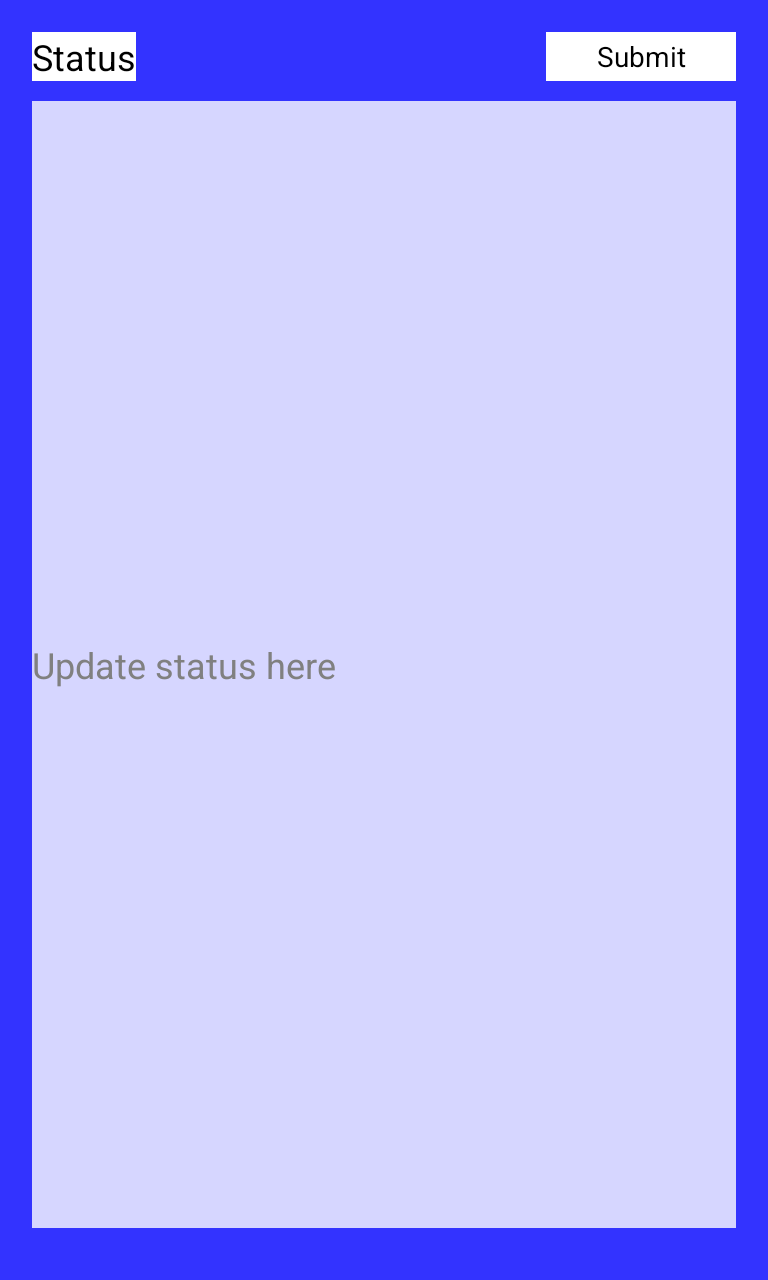
Repository: vamsiampolu/androidworkspace
Layout: YambaProject/res/layout/activity_main.xml
An editor plug-in stored every save of this project. The layout is shown before and after the next save, followed by the edit.
It is drawn on a 768 x 1280 px phone screen (xhdpi) without system bars, with theme android:Theme.Light; the app's code is not run.

Above is the layout before, as saved 2013-05-09 09:28:54.

### YambaProject/res/layout/activity_main.xml
<RelativeLayout xmlns:android="http://schemas.android.com/apk/res/android"
    xmlns:tools="http://schemas.android.com/tools"
    android:layout_width="match_parent"
    android:layout_height="match_parent"
    android:background="@color/myBlue"
    android:paddingBottom="@dimen/activity_vertical_margin"
    android:paddingLeft="@dimen/activity_horizontal_margin"
    android:paddingRight="@dimen/activity_horizontal_margin"
    android:paddingTop="@dimen/activity_vertical_margin"
    android:orientation="vertical"
    tools:context=".MainActivity"
     >
<!-- When something is specified in values the only important
thing is the type of resource it is,not it's path
so values->colors->color->myBlue is simply "@color/myBlue"

Colors are specified as #RGB (F represents 255)#FRGB includes alpha channel
#c00F is to specify a value of translucence ,then there is #FFFRGB(??)

If a style is applied to a widget it is called a style,if it is applied to
an Activity it is called a theme

It is recommended that you put all non unique attributes of a widget in a style,
for ease of reuse

One can use extract style in Graphical Layout and apply to something else

Eclipse has a feature to extract style from an existing element and put it in styles.xml
Styles have no namespace

if adb loses your device try adb kill server and adb launch server
-->
    <TextView
        	android:id="@+id/txt_status"
        	style="@style/txt_style"
        	android:text="Status"
        	android:layout_alignParentLeft="true"
        	android:layout_alignParentTop="true"
        />

    <Button android:id="@+id/btn_status"
            android:layout_width="95dp"
            android:layout_height="wrap_content"
            android:layout_alignParentRight="true"
            android:layout_alignParentTop="true"
            android:text="Submit"

            android:layout_alignBottom="@id/txt_status"
            android:background="#FFF"
            />
    <EditText android:layout_width="fill_parent"
        	  android:id="@+id/edit_status"
        	  android:layout_alignParentBottom="true"
   			  android:hint="Update status here"
   			  android:layout_below="@id/txt_status"
   			  android:layout_marginTop="10dp"
   			  android:layout_marginBottom="10dp"
   			  android:inputType="textMultiLine"
   			  android:background="#cFFF"
   />
</RelativeLayout>

### YambaProject/res/values/colors.xml
<?xml version="1.0" encoding="utf-8"?>
<resources>
    <color name="myBlue">#c00f</color>

</resources>

### YambaProject/res/values/my_style.xml
<?xml version="1.0" encoding="utf-8"?>
<resources xmlns:android="http://schemas.android.com/apk/res/android">

    <style name="txt_style">
        <item name="android:layout_width">wrap_content</item>
        <item name="android:layout_height">wrap_content</item>
        <item name="android:background">#FFF</item>

        <item name="android:textAppearance">?android:attr/textAppearanceMedium</item>
    </style>

</resources>

Loaded but not shown: YambaProject/res/values/dimens.xml (common file)

After the next save:
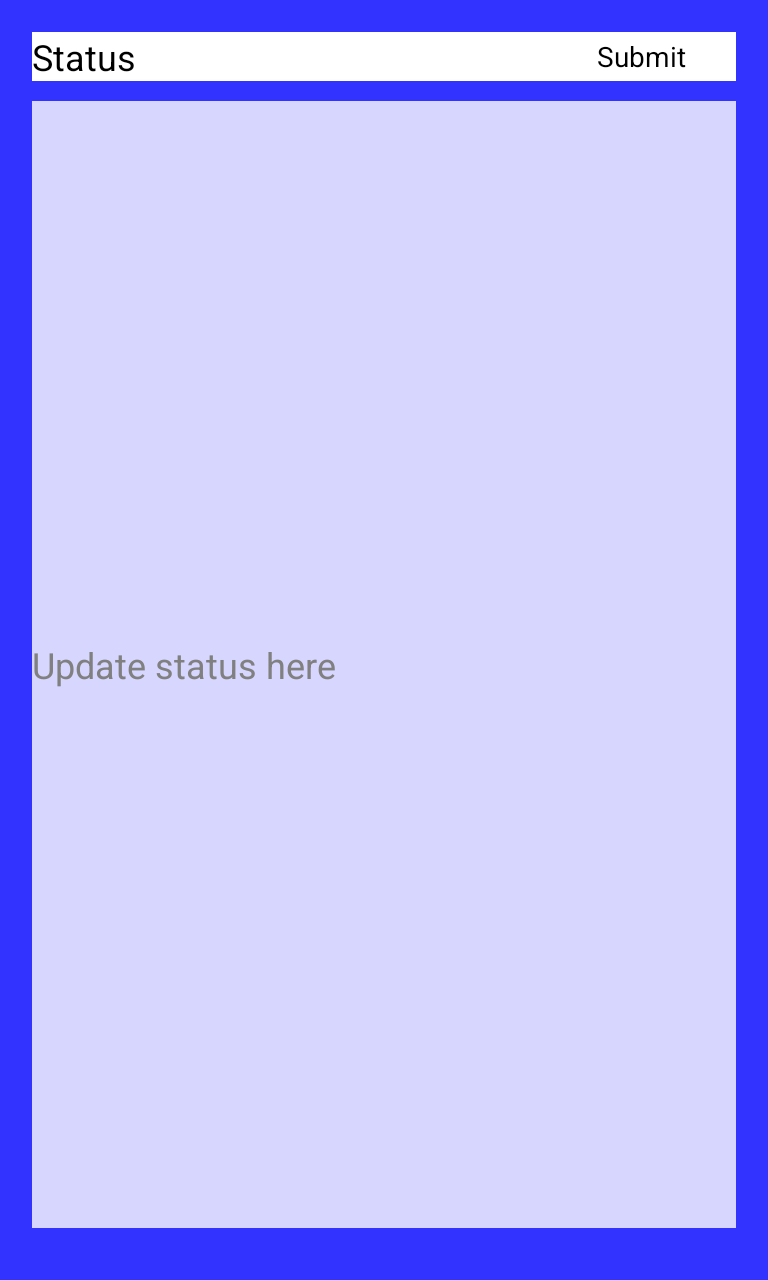
Saved 48 s later.
--- a/YambaProject/res/layout/activity_main.xml
+++ b/YambaProject/res/layout/activity_main.xml
@@ -30,13 +30,14 @@
 
 if adb loses your device try adb kill server and adb launch server
 -->
+
     <TextView
-        	android:id="@+id/txt_status"
-        	style="@style/txt_style"
-        	android:text="Status"
-        	android:layout_alignParentLeft="true"
-        	android:layout_alignParentTop="true"
-        />
+        android:id="@+id/txt_status"
+        style="@style/txt_style"
+        android:layout_width="match_parent"
+        android:layout_alignParentLeft="true"
+        android:layout_alignParentTop="true"
+        android:text="Status" />
 
     <Button android:id="@+id/btn_status"
             android:layout_width="95dp"
--- a/YambaProject/res/values/my_style.xml
+++ b/YambaProject/res/values/my_style.xml
@@ -5,7 +5,6 @@
         <item name="android:layout_width">wrap_content</item>
         <item name="android:layout_height">wrap_content</item>
         <item name="android:background">#FFF</item>
-
         <item name="android:textAppearance">?android:attr/textAppearanceMedium</item>
     </style>
 
